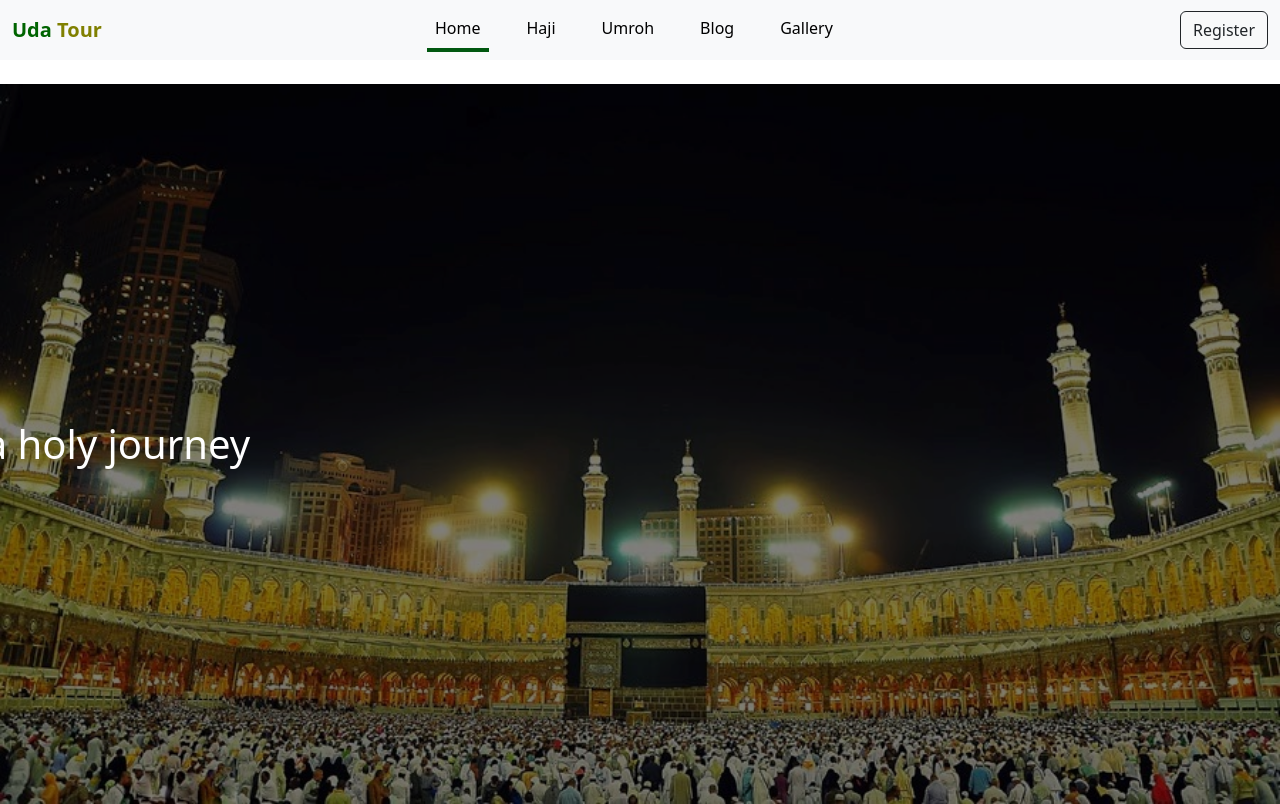
Repository: Putrabobi/Task7
Page: index.html
An editor plug-in stored every save of this project. The page is shown before and after the next save, followed by the edit.
The browser window is 1280 px wide. The pictures show the whole page.

Above is the page before, as saved 2024-03-25 10:39:22.

After the next save:
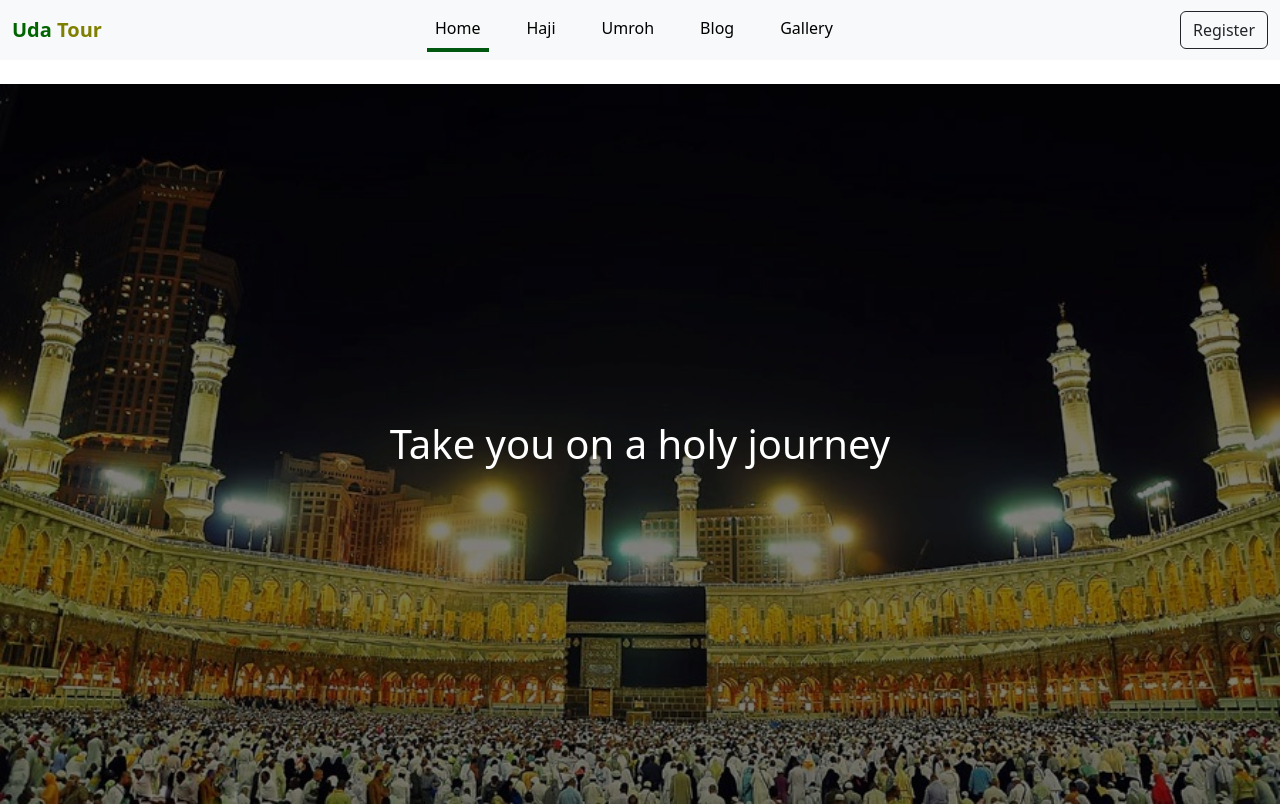
Saved 8 s later.
--- a/index.html
+++ b/index.html
@@ -48,7 +48,7 @@
 
     <div class="container-fluid p-0 position-relative">
         <img src="images/mekkah.jpg" style="filter: brightness(50%);" alt="Mekkah" width="100%">
-        <h1 class="position-absolute start- top-50 translate-middle text-center" style="color: white;">Take you on a holy journey</h1>
+        <h1 class="position-absolute start-50 top-50 translate-middle text-center" style="color: white;">Take you on a holy journey</h1>
     </div>
 
 
